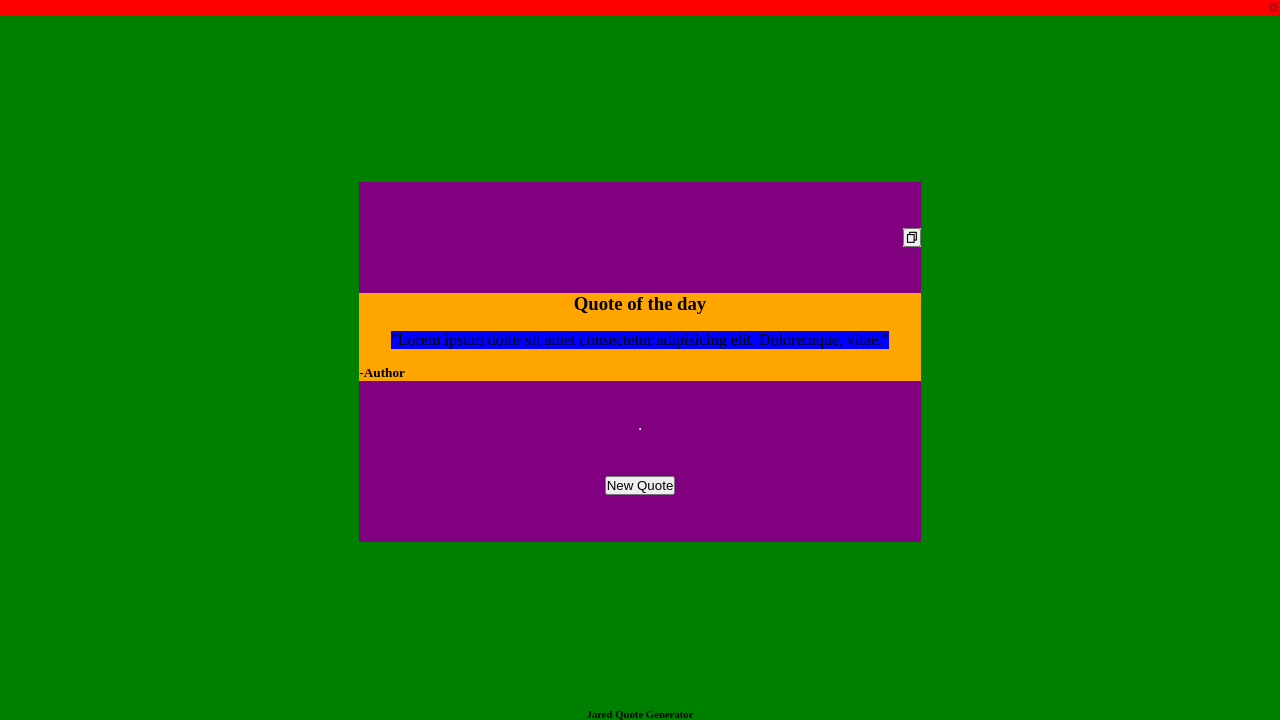
Repository: EguJaredoBoyd/Jared-Quote-Generator
Page: html/main.html
An editor plug-in stored every save of this project. The page is shown before and after the next save, followed by the edit.
The browser window is 1280 px wide. The pictures show the whole page.
Some web libraries are served in a nearby version.

Above is the page before, as saved 2026-01-09 00:54:27.

### html/main.html
<!DOCTYPE html>
<html lang="en">
  <head>
    <meta charset="UTF-8" />
    <meta name="viewport" content="width=device-width, initial-scale=1.0" />
    <link rel="stylesheet" href="../css/style.css" />
    <script src="../js/main.js" defer></script>
    <link
      href="https://cdn.jsdelivr.net/npm/remixicon@4.8.0/fonts/remixicon.css"
      rel="stylesheet"
    />
    <title>Document</title>
  </head>
  <body>
    <div class="container">
      <header>
        <button><i class="ri-sun-line"></i></button>
      </header>
      <main>
        <div class="quote-container">
          <div class="quote-container__copy">
            <button><i class="ri-file-copy-line"></i></button>
          </div>
          <div class="quote-container__quotes">
            <h3>Quote of the day</h3>
            <p>
              "Lorem ipsum dolor sit amet consectetur adipisicing elit.
              Doloremque, vitae."
            </p>
            <div>
              <h5>-Author</h5>
            </div>
          </div>
          <hr />
          <div>
            <button>New Quote</button>
          </div>
        </div>
      </main>
      <footer>
        <div>
          <h6>Jared Quote Generator</h6>
        </div>
      </footer>
    </div>
  </body>
</html>

### css/style.css
* {
  margin: 0;
  padding: 0;
  box-sizing: border-box;
}

:root {
  --background-color: #7b0d1e;
  --card-color: #f8e5ee;
  --text-color: black;
  --button-color: var(--background-color);
}

html {
  font-size: 16px;
}

.lighter-theme {
  --background-color: var(--card-color);
  --card-color: var(--background-color);
  --text-color: var(--text-color);
  --button-color: var(--button-color);
}

.container {
  background-color: green;
  height: 100vh;
  display: flex;
  flex-direction: column;
  justify-content: space-between;
  align-items: center;
}

header {
  display: flex;
  justify-content: flex-end;
  background-color: red;
  width: 100%;
}

header button {
  border: none;
  background: none;
  color: var(--button-color);
}

.quote-container {
  background-color: purple;
  display: flex;
  flex-direction: column;
  justify-content: space-evenly;
  align-items: center;
  height: 50vh;
  width: auto;
}

.quote-container__copy {
  align-self: self-end;
  background-color: pink;
}

.quote-container__quotes {
  background-color: orange;
}

.quote-container__quotes h3 {
  text-align: center;
}

.quote-container__quotes p {
  background-color: blue;
  margin: 1rem 2rem;
  text-align: center;
}

Loaded but not shown: js/main.js (no copy from this time; the picture is the same without it)

After the next save:
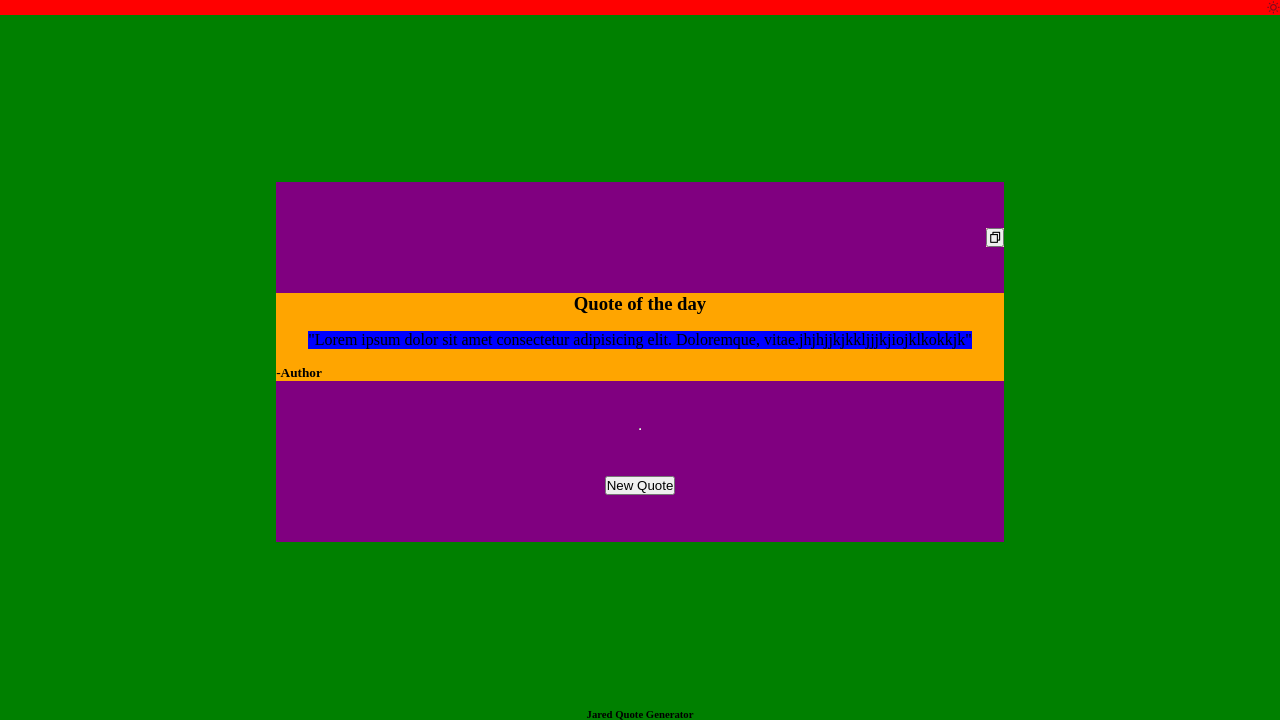
Saved 12 s later.
--- a/html/main.html
+++ b/html/main.html
@@ -25,7 +25,7 @@
             <h3>Quote of the day</h3>
             <p>
               "Lorem ipsum dolor sit amet consectetur adipisicing elit.
-              Doloremque, vitae."
+              Doloremque, vitae.jhjhjjkjkkljjjkjiojklkokkjk"
             </p>
             <div>
               <h5>-Author</h5>

After the save that followed:
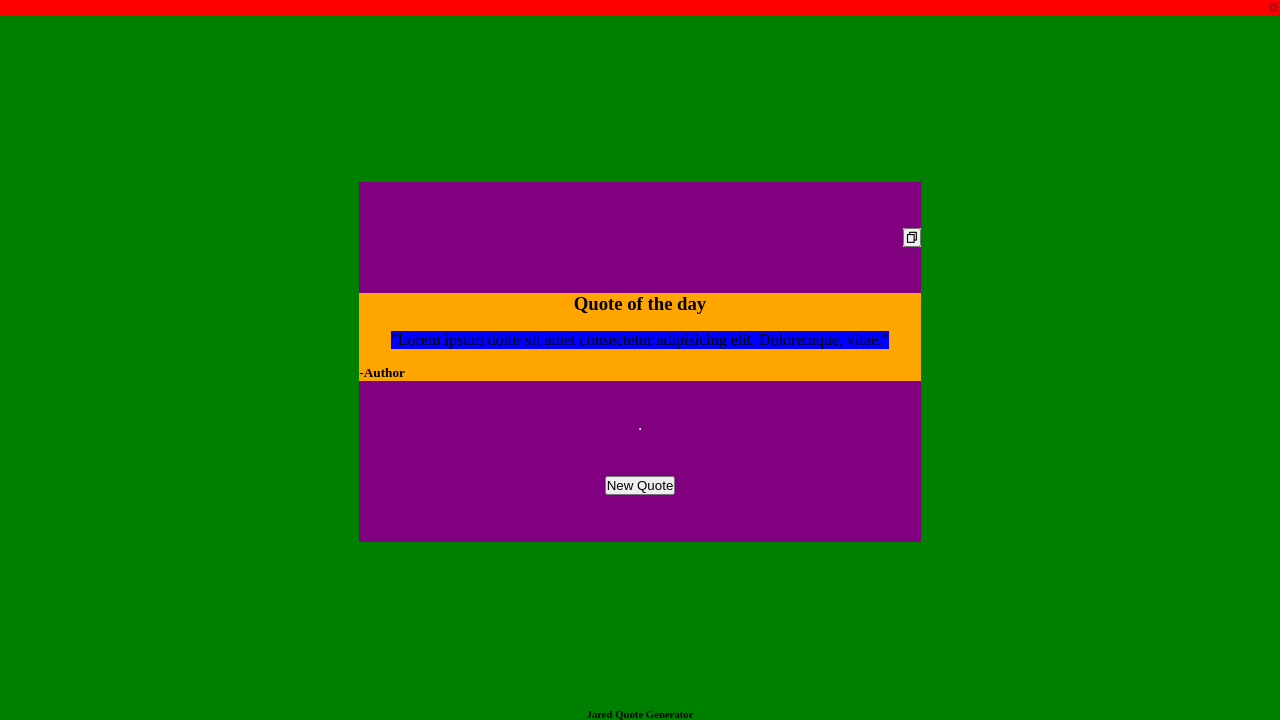
Saved 20 s later.
--- a/html/main.html
+++ b/html/main.html
@@ -25,7 +25,7 @@
             <h3>Quote of the day</h3>
             <p>
               "Lorem ipsum dolor sit amet consectetur adipisicing elit.
-              Doloremque, vitae.jhjhjjkjkkljjjkjiojklkokkjk"
+              Doloremque, vitae."
             </p>
             <div>
               <h5>-Author</h5>
